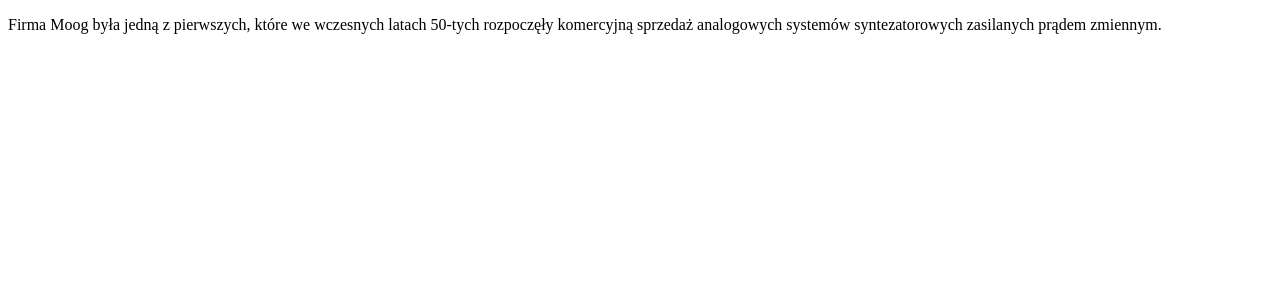
Repository: Lenerystia/HTML
Page: Rozdział 13/width-hight.html
The author's editor kept a copy of each file at every save. The page is drawn from the files as they stood at one save, then again after the next save.
The browser window is 1280 px wide. The pictures show the whole page.

Above is the page before, as saved 2022-02-14 10:21:50.

### Rozdział 13/width-hight.html
<!DOCTYPE html>
<head>
    <meta charset="UTF-8">
    <title>Właściwości width oraz height</title>
    <style type="text/css">

    </style>
</head>
<body>
    <div>
        <p>Firma Moog była jedną z pierwszych, które we wczesnych latach 50-tych rozpoczęły komercyjną sprzedaż analogowych systemów syntezatorowych zasilanych prądem zmiennym.</p>
    </div>
</body>
</html>

After the next save:
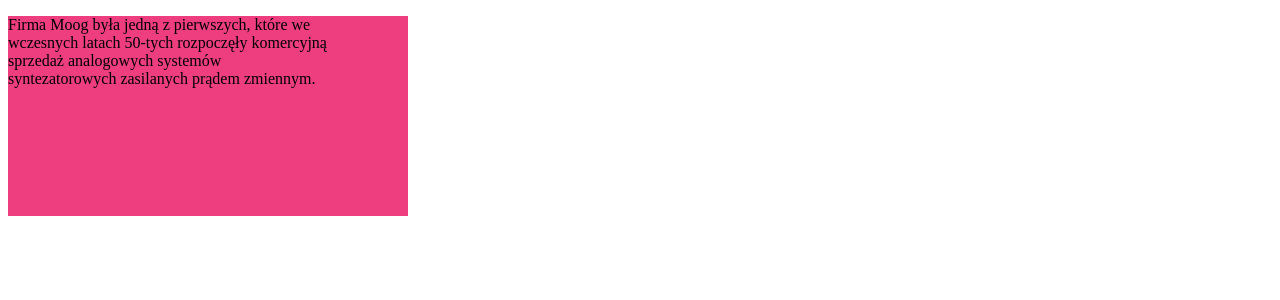
Saved 6 min 33 s later.
--- a/Rozdział 13/width-hight.html
+++ b/Rozdział 13/width-hight.html
@@ -3,7 +3,15 @@
     <meta charset="UTF-8">
     <title>Właściwości width oraz height</title>
     <style type="text/css">
-
+        div{
+            width: 400px;
+            height: 200px;
+            background-color: #ee3e80;
+        }
+        p{
+            width: 80%;
+            height: 80%;
+        }
     </style>
 </head>
 <body>
